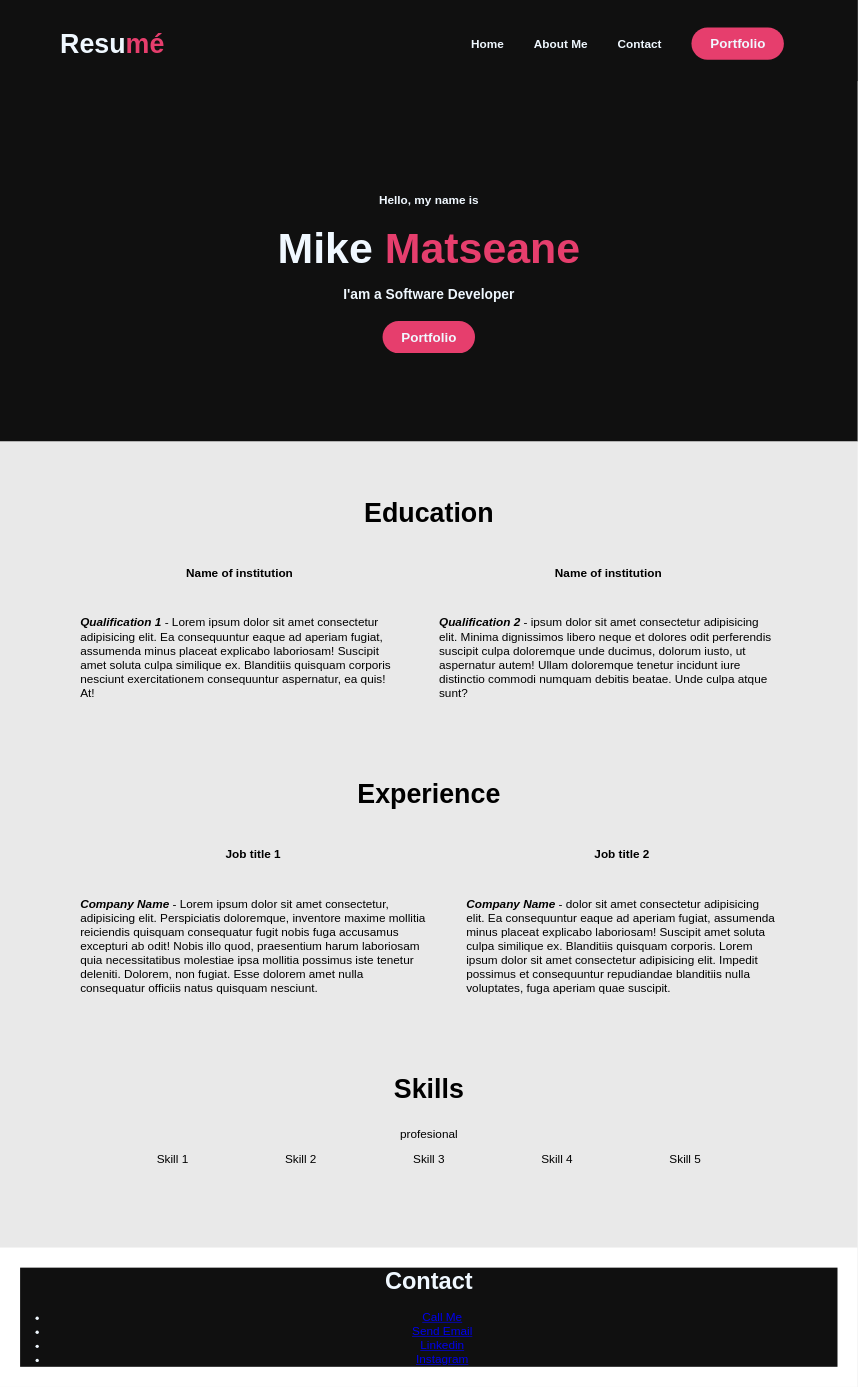
Repository: mikempho/Resume1
Page: resume1.html
The author's editor kept a copy of each file at every save. The page is drawn from the files as they stood at one save, then again after the next save.
The browser window is 1280 px wide. The pictures show the whole page, at 67% of full size.

Above is the page before, as saved 2022-03-29 11:22:09.

### resume1.html
<html lang="en">
<head>
    <meta charset="UTF-8">
    <meta http-equiv="X-UA-Compatible" content="IE=edge">
    <meta name="viewport" content="width=device-width, initial-scale=1.0">
    <link rel="stylesheet" href="./css/stylesheet.css">
    <title>Mike Matseane</title>
</head>
<body>

    <section>

        <div class="hero">
            <!-- Navigation Bar -->
            <nav class="navbar">
                <h2 class="resume-logo">Resu<span>mé</span></h2>
                <ul>
                    <li><a href="resume1.html">Home</a></li>
                    <li><a href="#education">About Me</a></li>
                    <li><a href="#contact-info">Contact</a></li>
                    <li><a href="#portfolio"><span class="call-to-action">Portfolio</span></a></li>
                </ul>
            </nav>

            <div class="intro">
                <!-- <img src="" alt="Profile-Img"> -->
                <h4>Hello, my name is </h4>
                <h1 class="name">Mike <span>Matseane</span></h1>
                <h3>I'am a Software Developer</h3>
                <a href="#portfolio"><span class="call-to-action">Portfolio</span></a>
            </div>

        </div>

        <main>
            <div class="first-main-section">
                <!-- Education Section -->

                <div id="education">
                    <h2>Education</h2>
                    <div class="content">
                        <div class="container">
                            <h4>Name of institution</h4>
                            <p><strong><em>Qualification 1</em></strong> - Lorem ipsum dolor sit amet consectetur adipisicing elit. Ea consequuntur eaque ad aperiam fugiat, assumenda minus placeat explicabo laboriosam! Suscipit amet soluta culpa similique ex. Blanditiis quisquam corporis nesciunt exercitationem consequuntur aspernatur, ea quis! At!</p>
                        </div>
                        <div class="container">
                            <h4>Name of institution</h4>
                            <p><strong><em>Qualification 2</em></strong> - ipsum dolor sit amet consectetur adipisicing elit. Minima dignissimos libero neque et dolores odit perferendis suscipit culpa doloremque unde ducimus, dolorum iusto, ut aspernatur autem! Ullam doloremque tenetur incidunt iure distinctio commodi numquam debitis beatae. Unde culpa atque sunt?</p>
                        </div>
                    </div>
                </div>

                <!-- Experience Section-->
                <div id="experience">
                    <h2>Experience</h2>
                    <div class="content">
                        <div class="container">
                            <h4>Job title 1</h4>
                            <p><strong><em>Company Name</em></strong> - Lorem ipsum dolor sit amet consectetur, adipisicing elit. Perspiciatis doloremque, inventore maxime mollitia reiciendis quisquam consequatur fugit nobis fuga accusamus excepturi ab odit! Nobis illo quod, praesentium harum laboriosam quia necessitatibus molestiae ipsa mollitia possimus iste tenetur deleniti. Dolorem, non fugiat. Esse dolorem amet nulla consequatur officiis natus quisquam nesciunt.</p>
                        </div>
                        <div class="container">
                            <h4>Job title 2</h4>
                            <p><strong><em>Company Name</em></strong> - dolor sit amet consectetur adipisicing elit. Ea consequuntur eaque ad aperiam fugiat, assumenda minus placeat explicabo laboriosam! Suscipit amet soluta culpa similique ex. Blanditiis quisquam corporis. Lorem ipsum dolor sit amet consectetur adipisicing elit. Impedit possimus et consequuntur repudiandae blanditiis nulla voluptates, fuga aperiam quae suscipit.</p>
                        </div>
                    </div>
                </div>
            </div>
            <div class="second-main-section">
                <!-- Skills Section -->
                <div id="skills">
                    <h2>Skills</h2>
                    <div>
                        <p>profesional</p>
                        <ul>
                            <li>Skill 1</li>
                            <li>Skill 2</li>
                            <li>Skill 3</li>
                            <li>Skill 4</li>
                            <li>Skill 5</li>
                        </ul>
                    </div>
                </div>
                <!-- <div id="portfolio">
                    <h2>Portfolio</h2>
                    <div>

                    </div>
                </div> -->
            </div>

        </main>
    </section>


    <!-- Footer Section -->
    <footer>
        <div id="contact-info">
            <h1>Contact</h1>
            <ul>
                <!-- target(_blank) = New Tab -->
                <!-- Call Me -->
                <li><a href="tel:0681454887" target="_blank">Call Me</a></li>

                <!-- Send Email -->
                <li><a href="mailto:mikempho03@gmail.com" target="_blank">Send Email</a></li>

                <!-- Linkedin (Socials) -->
                <li><a href="https://www.linkedin.com/feed/" target="_blank">Linkedin</a></li>

                <!-- Instagram -->
                <li><a href="https://www.instagram.com/mike_mx.sa/tagged/" target="_blank">Instagram</a></li>
            </ul>
        </div>

    </footer>
</body>
</html>

### css/stylesheet.css
body{
  font-family:Arial, Helvetica, sans-serif;
  font-size:110%;
  margin: 0;
}

h2 {
  font-size: 2.5rem;
}
/* Hero Section */

.hero {
  background-color: #101010;
  color: aliceblue;
  text-align: center;
}

span {
  color: E63E6D;
}

.resume-logo {
  font-size: 2.5rem;
  cursor: pointer;
}
.navbar {
  /* position: fixed; */
  display: flex;
  align-items: center;
  justify-content: space-between;
  padding-top: 10px;
  padding-left:7%;
  padding-right:7%;
  background-color: #101010;
  /* width: 100%; */
}

nav ul li{
  list-style: none;
  display: inline;
  padding: 0 20px;
  font-weight: 600;
  font-size:1.1rem;
}

nav ul li a {
  text-decoration: none;
  color: aliceblue;
}

.call-to-action {
  padding: 10px 25px;
  color: aliceblue;
  font-size: 20px;
  border: solid transparent;
  background-color:E63E6D;
  border-radius: 80px;
}

nav ul li a:hover {
  color: E63E6D;
  transition: 0.7s;
}

.call-to-action:hover {
  background-color: #101010;
  border-color: white;
  transition: 0.5s;
}

.intro {
  padding: 9rem 0;
}

.name {
  font-size: 4rem;
  margin: 0;
}

.intro a{
  text-decoration: none;
  font-weight: 600;
}

.intro h3 {
  margin-bottom: 40px;
}

/* Main Section  */

main {
  text-align: center;
  padding: 4% 7%;
  background-color: #e9e9e9;
}

/* First-main-section */
.content {
  display: flex;
}

.content p {
  text-align: left;
  padding: 30px;
}

#education, #experience {
  margin-bottom: 70px;
}

/* Second-main-section */
#skills {
  margin-bottom: 70px;
}
#skills ul li {
list-style: none;
padding: 0%;
}

#skills ul {
  padding: 0%;
  display: flex;
  justify-content: space-evenly;
}

/* Footer */

footer {
  background-color: #101010;
  color: aliceblue;
  text-align: center;
  margin: 30px;
}

After the next save:
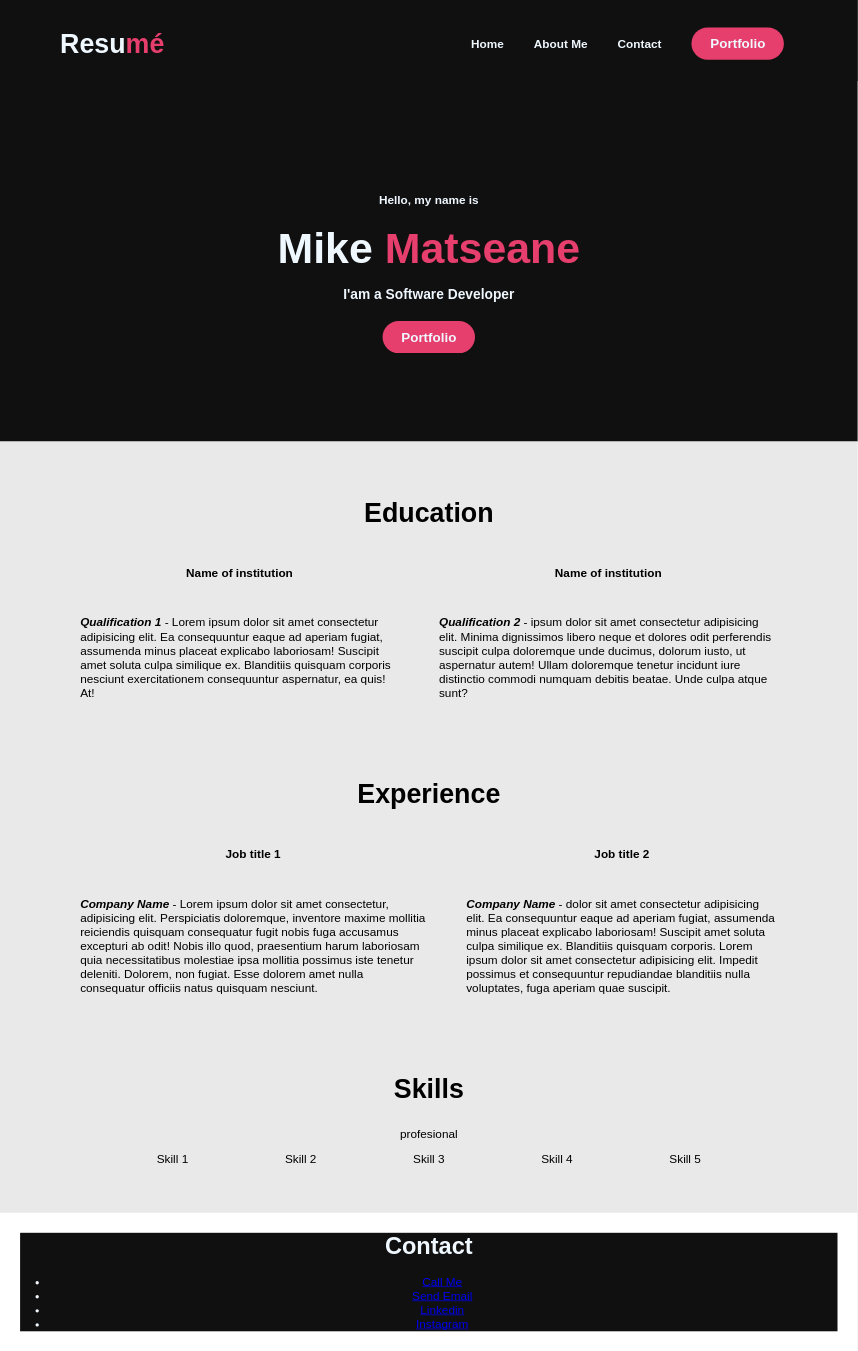
Saved 36 s later.
--- a/css/stylesheet.css
+++ b/css/stylesheet.css
@@ -110,7 +110,7 @@
 
 /* Second-main-section */
 #skills {
-  margin-bottom: 70px;
+  /* margin-bottom: 70px; */
 }
 #skills ul li {
 list-style: none;

After the save that followed:
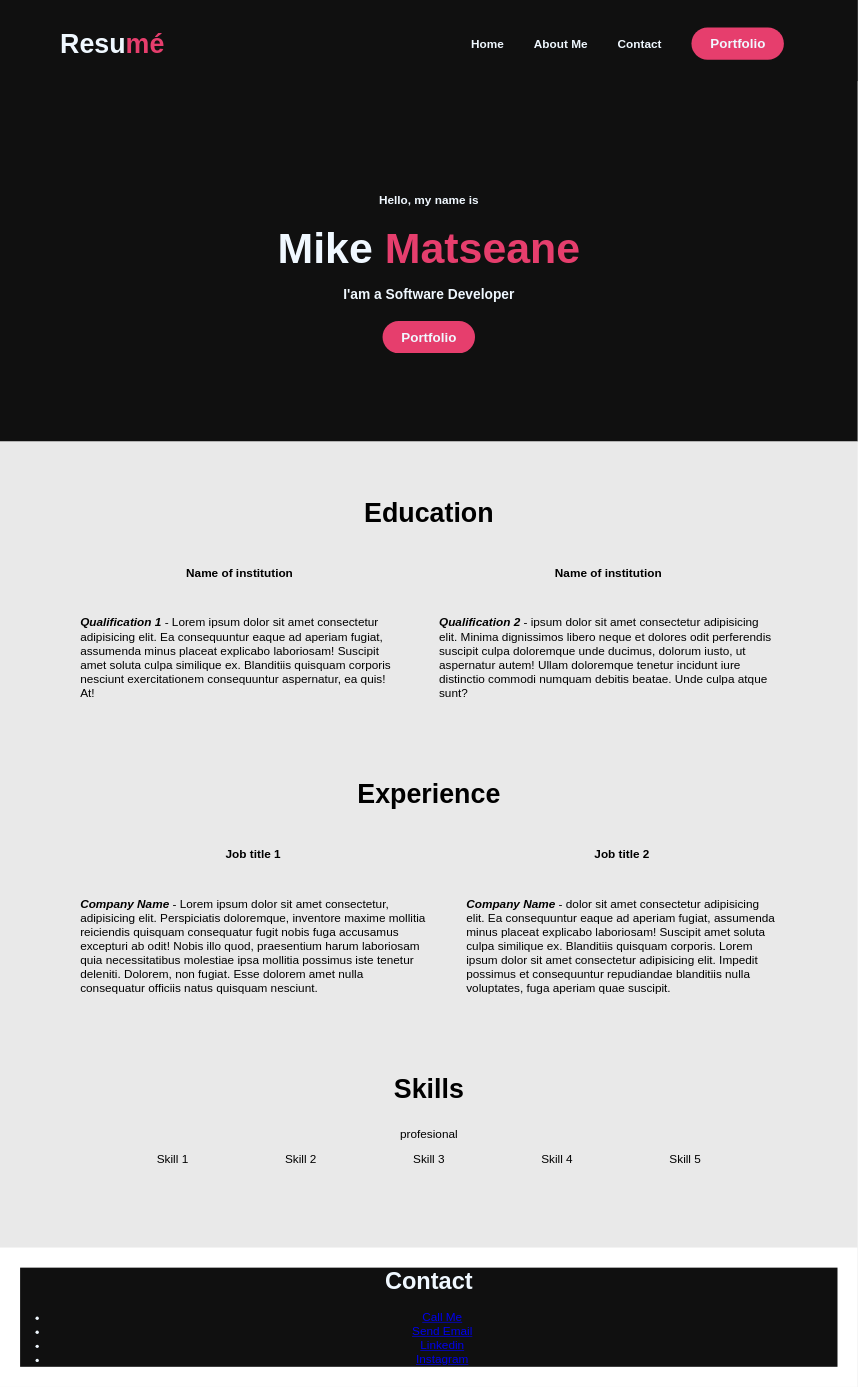
Saved 34 s later.
--- a/css/stylesheet.css
+++ b/css/stylesheet.css
@@ -110,7 +110,7 @@
 
 /* Second-main-section */
 #skills {
-  /* margin-bottom: 70px; */
+  margin-bottom: 70px;
 }
 #skills ul li {
 list-style: none;
